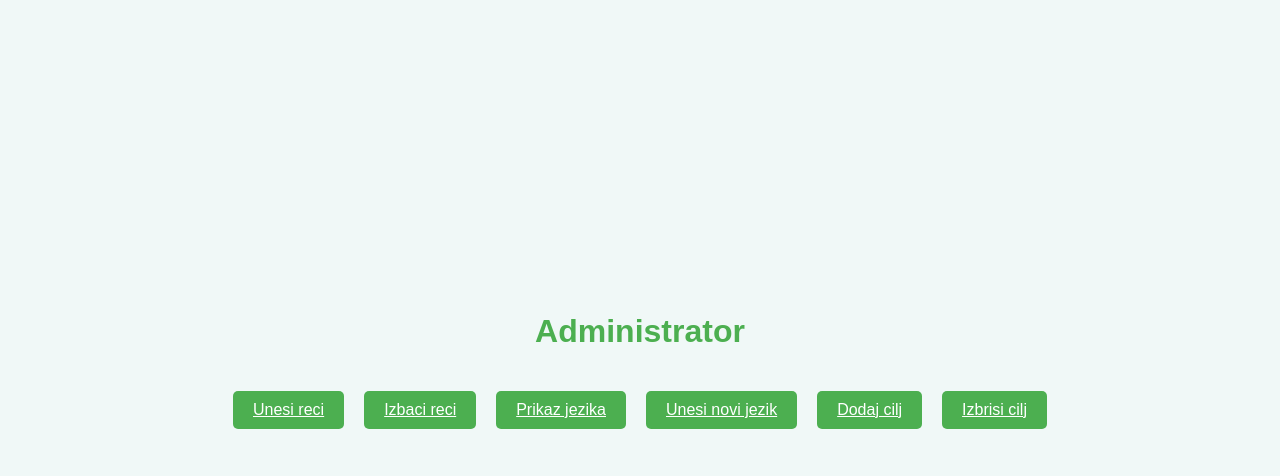
Repository: jodz4k/Polilingo-Spring-web-app
Page: http://localhost/PolilingoWeb/administrator.jsp
These files come from the project's save history. The page is drawn as it stood at one moment and after the next save; the edit follows.
The browser window is 1280 px wide. The pictures show the whole page.
The page is served by Tomcat 10.

Above is the page before, as saved 2024-01-29 18:19:22.

After the next save:
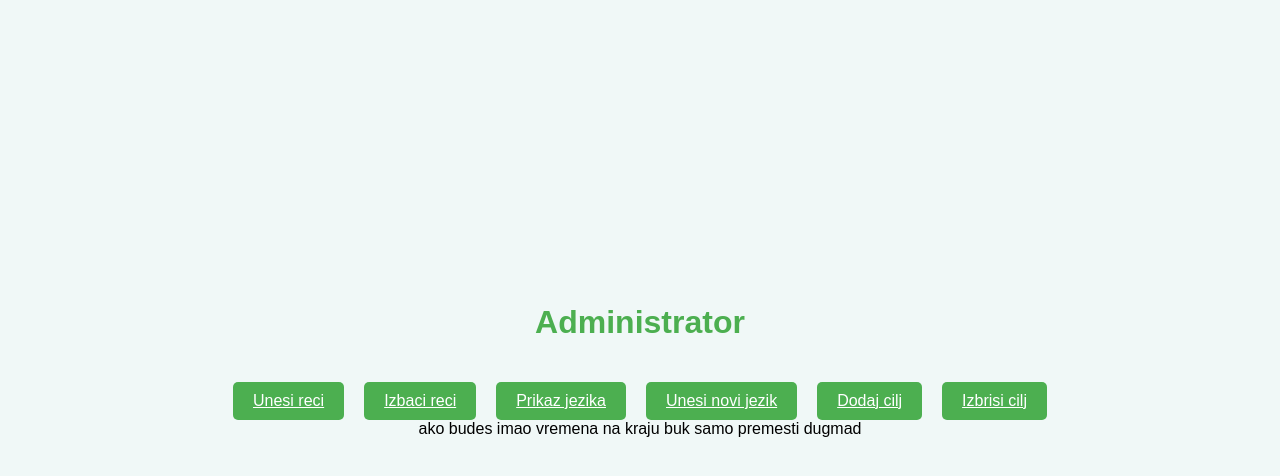
Saved 49 min 29 s later.
--- a/PolilingoWeb/src/main/webapp/administrator.jsp
+++ b/PolilingoWeb/src/main/webapp/administrator.jsp
@@ -77,6 +77,8 @@
 		<a href="/Polilingo/admUnesiJezik.jsp" class="button add-language-button">Dodaj cilj</a>
 		<a href="/Polilingo/admUnesiJezik.jsp" class="button add-language-button">Izbrisi cilj</a>
     </div>
+
+    ako budes imao vremena na kraju buk samo premesti dugmad
 </body>
 
 </html>
